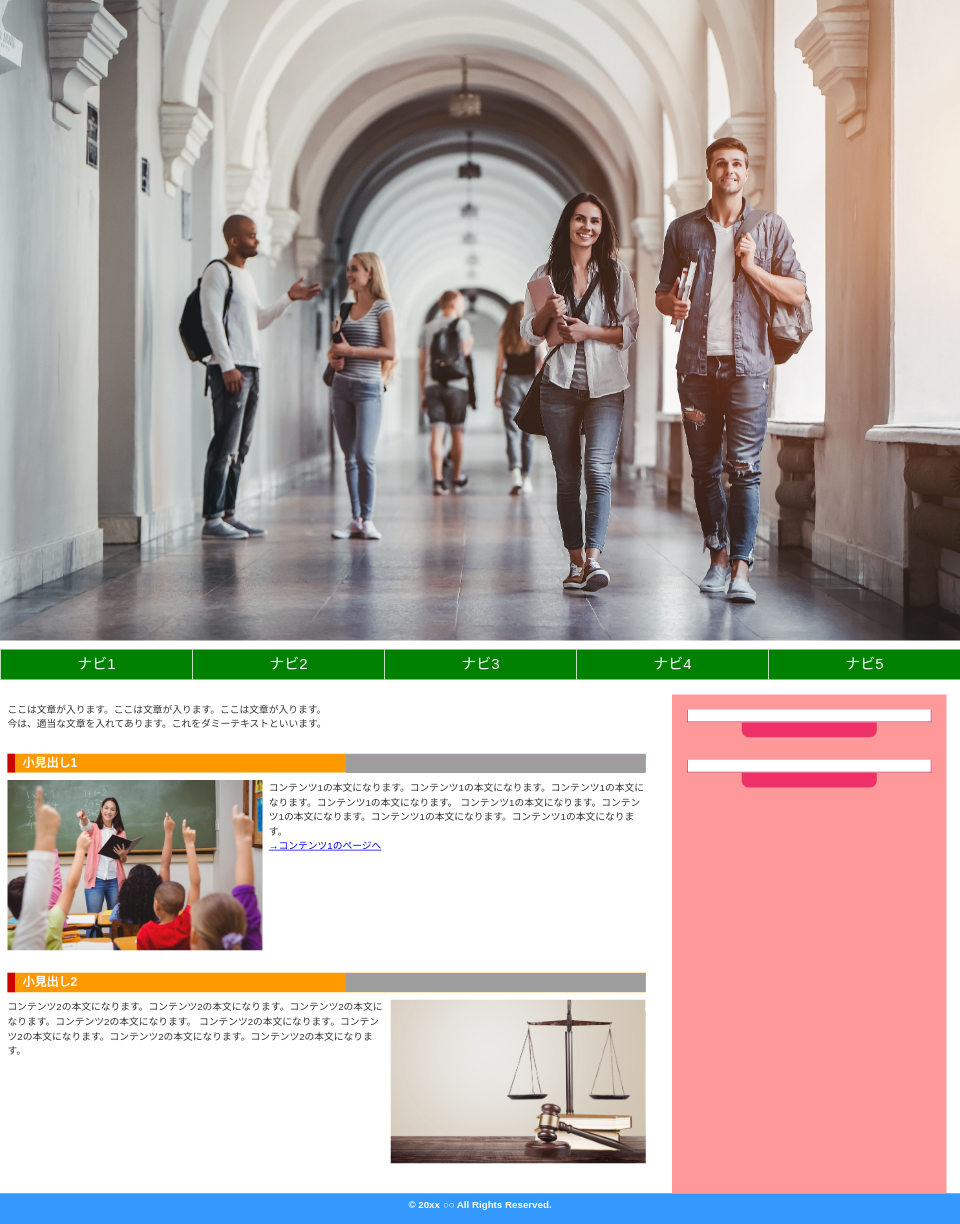
Repository: yuk-i/samurai_HTML-CSS
Page: home.html
The author's editor kept a record of every edit. The page is drawn from the files as they stood at one moment, then again after the next edit.
The browser window is 1280 px wide. The pictures show the whole page, at 75% of full size.
Pictures or frames that could not be fetched are drawn as grey boxes.

Above is the page before.

### home.html
<!DOCTYPE html>
<html lang="ja">
    <head>
        <meta charset="UTF-8">
        <title>HTML/CSSの学習</title>
        <link rel="stylesheet" href="stylesheet.css">
    </head>
    <body>
      <div id="header">
        <h1><a href="index.html"><img id="corridor" src="images/corridor.jpg" alt="大学の廊下" /></a></h1>

      </div>
      <div id="wrapper">
        <div id="nav">
          <ul>
            <li><a href="home.html">ナビ1</a></li>
            <li><a href="#">ナビ2</a></li>
            <li><a href="#">ナビ3</a></li>
            <li><a href="#">ナビ4</a></li>
            <li><a href="#">ナビ5</a></li>
          </ul>
        </div>
        <div id="container">
          <div id="main">
            <div class="post">
              <p>
                ここは文章が入ります。ここは文章が入ります。ここは文章が入ります。
                <br />
                今は、適当な文章を入れてあります。これをダミーテキストといいます。
              </p>
            </div>
            <div class="post clearfix">
              <h2>小見出し1</h2>
              <img class="left" src="images/classroom.jpg" alt="授業風景">
              <p>
                コンテンツ1の本文になります。コンテンツ1の本文になります。コンテンツ1の本文になります。コンテンツ1の本文になります。
                コンテンツ1の本文になります。コンテンツ1の本文になります。コンテンツ1の本文になります。コンテンツ1の本文になります。
              </p>
              <P><a href="#">→コンテンツ1のページへ</a></P>
            </div>
            <div class="post clearfix">
              <h2>小見出し2</h2>
              <img class="right" src="images/scale.jpg" alt="天秤">
              <p>
                コンテンツ2の本文になります。コンテンツ2の本文になります。コンテンツ2の本文になります。コンテンツ2の本文になります。
                コンテンツ2の本文になります。コンテンツ2の本文になります。コンテンツ2の本文になります。コンテンツ2の本文になります。
              </p>
            </div>
          </div>
          <div id="side">
            <div class="box">
              <div class="boxBody">

              </div>
            </div>
            <div class="box">
              <div class="boxBody">

              </div>
            </div>






          </div>
        </div>
      </div>
      <div id="footer">
        <p>&copy; 20xx ○○ All Rights Reserved.</p>
      </div>
    </body>
</html>

### stylesheet.css
@charset "utf-8";

body {
	margin: 0;
	padding: 0;
	font-family: "ヒラギノ角ゴ Pro W3", "Hiragino Kaku Gothic Pro", "メイリオ", Meiryo, Osaka, "ＭＳ Ｐゴシック", "MS PGothic", sans-serif;
	color: #333;
	font-size: 13px;
	line-height: 150%;

}

/* -------------------- wrapper -------------------- */
#wrapper {
	width: 100%;
	margin: auto;
	padding: 0px;
	border: 0px;
	background-color: #FFF;
	top: 10px;
    position: relative;
}

 /* -------------------- header -------------------- */
#header {
    width: 100%;
}
#header h1 {
	 margin: 0;
	 padding: 0;
}

#corridor {
	 width: 100%;
	 height: auto;
}
/* -------------------- footer -------------------- */
#footer {
    clear: both;
    width: 100%;
    padding: 3px 0;
    background: #39F;
    color: #fff;
    font-weight: bold;
    text-align: center;

}

/* -------------------- nav -------------------- */

#nav {
    width: 100%;
}
#nav ul {
    display: flex;
    margin: 0;
    padding: 0;
    list-style-type: none;

}

#nav ul li {
    width: 20%;
    text-align: center;
}

#nav ul li a {
    display: block;
    height: 20px;
    margin: 0;
    padding: 10px;
    color: #FFF;
    font-size: 20px;
    text-decoration: none;
    background-color: green;
    border-left: 1px solid white;

}

#nav ul li a:hover {
    filter: drop-shadow(10px 10px 10px black);
}


/* -------------------- container -------------------- */
#container {
    width: 100%;
    margin: auto;
    padding-top: 20px;
    clear: both;
    display: grid;
    grid-template-columns: 70vw 30vw;
}
/* -------------------- main -------------------- */
#main {

    width: 95%;
    padding: 10px 30px 10px 10px;

}

#main h2 {
    margin-bottom: 10px;
    padding: 3px 10px;
    color: #FFF;
    font-size: 16px;
    border-left: solid 10px #C00;
    background: #F90 url(../images/main_h2.jpg) right top repeat-y;
}

#main p {
    margin: 0;
    padding: 0;
}

#main .post {
    margin-bottom: 30px;
}

#main .post img.left {
    margin-right: 8px;
}
#main .post img.right {
    margin-left: 8px;
}

.left {
    float: left;
    width: 40%;
    height: auto;
}

.right {
    float: right;
    width: 40%;
    height: auto;
}

/* -------------------- clearfix -------------------- */
.clearfix {
    zoom: 1;
}
.clearfix:after {
    content: "";
    display: block;
    clear: both;
}

/*-----------side--------------------------------*/
#side {
    width: 85%;
    padding: 20px;
    background-color: #F99;
}

#side .box {
    margin: 0 auto 30px auto;
    padding-bottom: 20px;
    background: url(images/side_box.png) bottom no-repeat;
}

#side .box h2 {
    margin: 0;
    padding: 8px;
    text-align: center;
    color: #fff;
    font-size: 16px;
    line-height: 16px;
    font-weight: normal;
    background: url(images/side_box_h2.png) center no-repeat;
}

#side .box .boxBody {
    padding: 8px;
    border-right: solid 1px #C36;
    border-bottom: solid 1px #C36;
    border-left: solid 1px #C36;
    background: #fff;

}

#side .box .boxBody ul {
    margin-bottom: 16px;
    padding: 0;

}

#side .box .boxBody ul li {
    padding: 8px 0 8px 4px;
    list-style: none;
    border-bottom: solid 1px #C36;
}

#side .box .boxBody ul li:hover {
    padding: 8px 0 8px 4px;
    list-style: none;
    border-bottom: solid 1px #C36;
    box-shadow: 0px 4px 4px rgba(0, 0, 0, 0.3);
}

After the next edit:
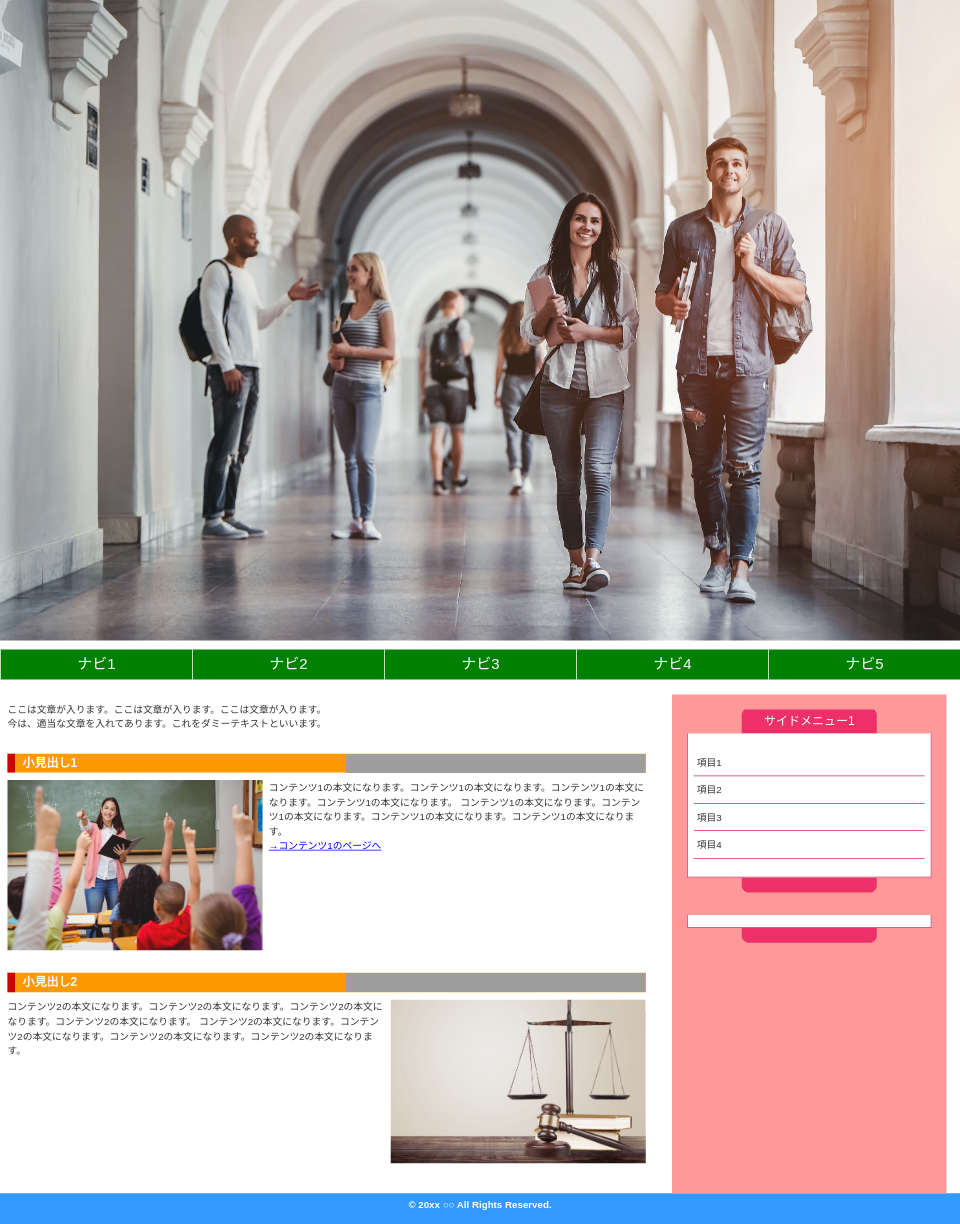
The edit:
--- a/home.html
+++ b/home.html
@@ -49,7 +49,14 @@
           </div>
           <div id="side">
             <div class="box">
+              <h2>サイドメニュー1</h2>
               <div class="boxBody">
+                <ul>
+                  <li>項目1</li>
+                  <li>項目2</li>
+                  <li>項目3</li>
+                  <li>項目4</li>
+                </ul>
 
               </div>
             </div>
